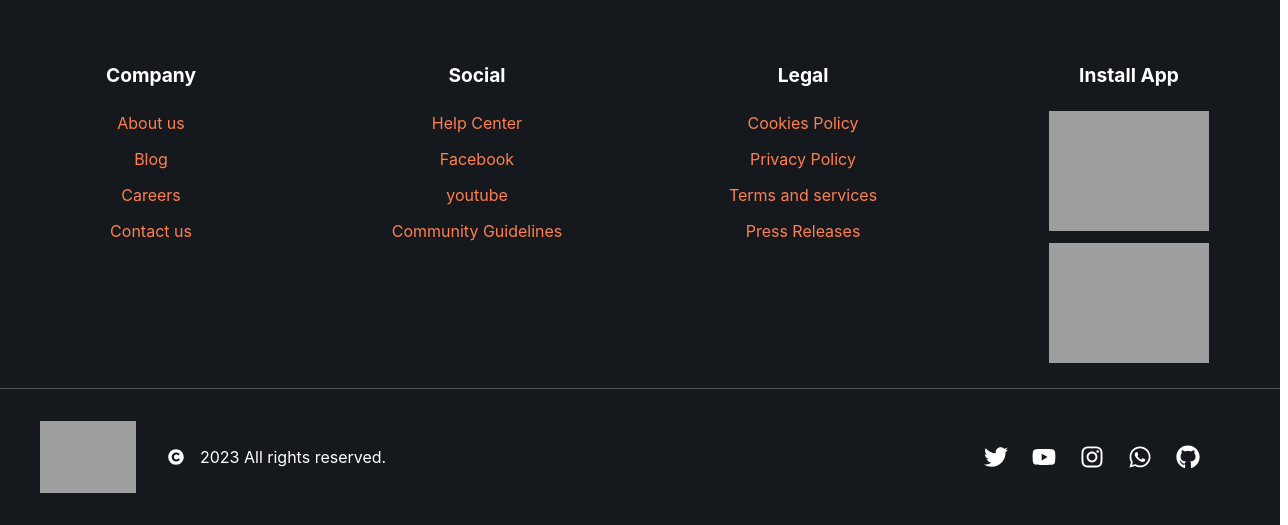
Repository: harshdeepgill/ArtHub_social_media_website
Page: / (app in frontend/)
These files come from the project's save history. The page is drawn as it stood at one moment and after the next save; the edit follows.
The browser window is 1280 px wide. The page is 1288 px wide, so the pictures cover 1288 px, including what lies to the right of the window. The pictures show the part of the page from y = 1728 to 2287 px (the page is 2253 px tall before and 2287 px after).
Pictures or frames that could not be fetched are drawn as grey boxes. The page's requests for data from a server got no answer. The project was rebuilt for these pictures with package versions that can differ from the ones it lists, and the page was loaded fresh each time. No one was signed in, and anything a server would have sent is missing. Also part of the build but not shown: frontend/src/Redux/firebase.js, frontend/src/Pages/EditPhoto.jsx, frontend/src/Pages/AddPost.jsx, frontend/src/Pages/Login.jsx, frontend/src/Pages/Register.jsx, frontend/src/Pages/Artpage.jsx, frontend/src/Pages/SingleProduct.jsx, frontend/src/Components/PrivateRoute.jsx and 1 more.

Above is the page before, as saved 2023-11-05 20:17:31.

After the next save:
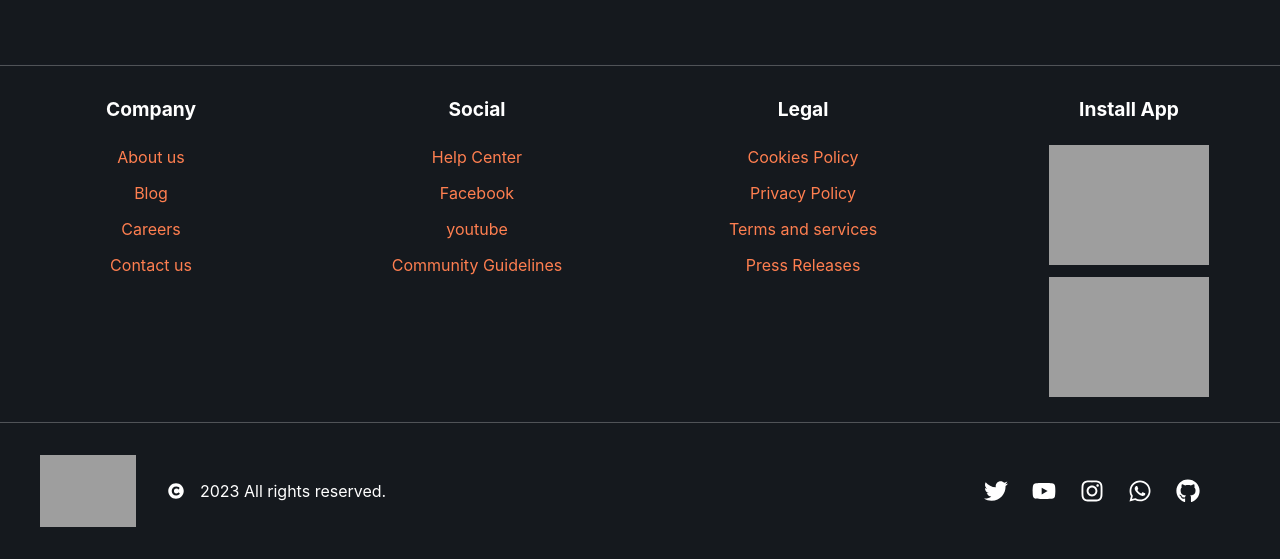
Saved 69 s later.
--- a/frontend/src/Components/Footer.jsx
+++ b/frontend/src/Components/Footer.jsx
@@ -53,6 +53,7 @@ const Footer = () => {
 
   return (
     <div style={{ backgroundColor: `${theme}` === "dark" ? "#15191E" : "#edf2f7", paddingTop: "1rem" }}>
+      <hr style={{ height: "1px", background: theme === "dark" ? "white" : "black" }} />
       <Grid
         // bgColor="#e6dcc8"
         // bgColor="#edf2f7"
